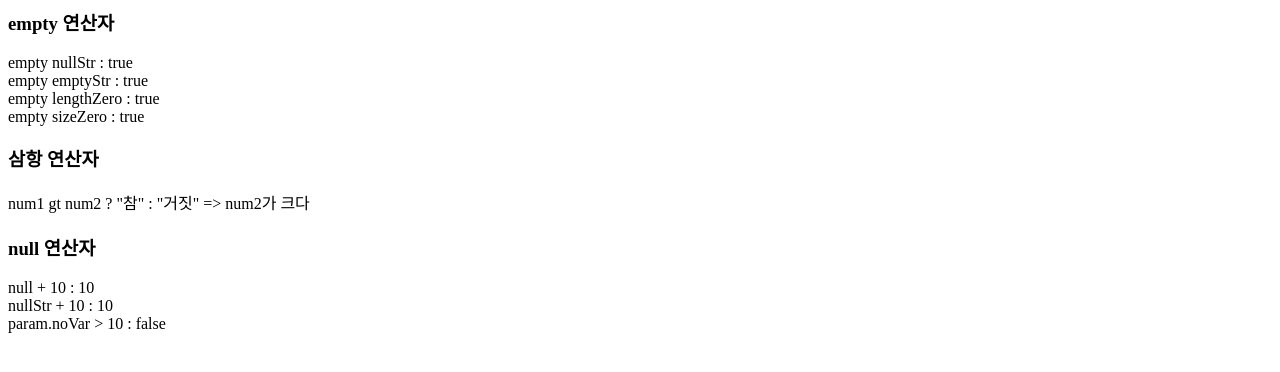
Repository: gunbong0921-cell/15JSP
Page: http://localhost/JSPStudy/03EL/Operator2.jsp
An editor plug-in stored every save of this project. The page is shown before and after the next save, followed by the edit.
The browser window is 1280 px wide. The pictures show the whole page.
The page is served by Tomcat 10.

Above is the page before, as saved 2026-09-21 03:00:17.

After the next save:
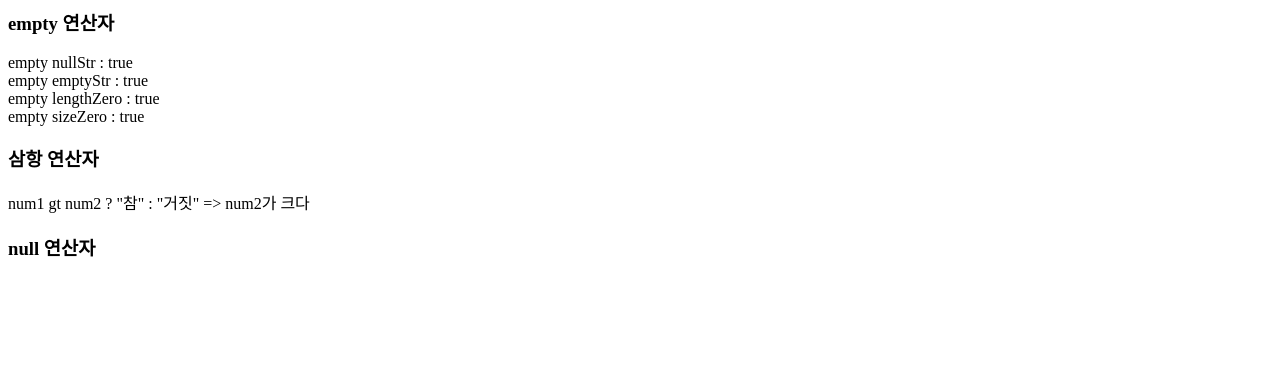
Saved 16 min 44 s later.
--- a/JSPStudy/src/main/webapp/03EL/Operator2.jsp
+++ b/JSPStudy/src/main/webapp/03EL/Operator2.jsp
@@ -26,8 +26,10 @@
 		=> ${ num1 gt num2 ? "num1이 크다" : "num2가 크다" }
 
 	<h3>null 연산자</h3>
-	null + 10 : ${ null + 10 } <br />
+
+<%-- 	null + 10 : ${ null + 10 } <br />
 	nullStr + 10 : ${ nullStr + 10 } <br />
-	param.noVar > 10 : ${ param.noVar > 10 }
+	param.noVar > 10 : ${ param.noVar > 10 }	 --%>
+
 </body>
 </html>

After the save that followed:
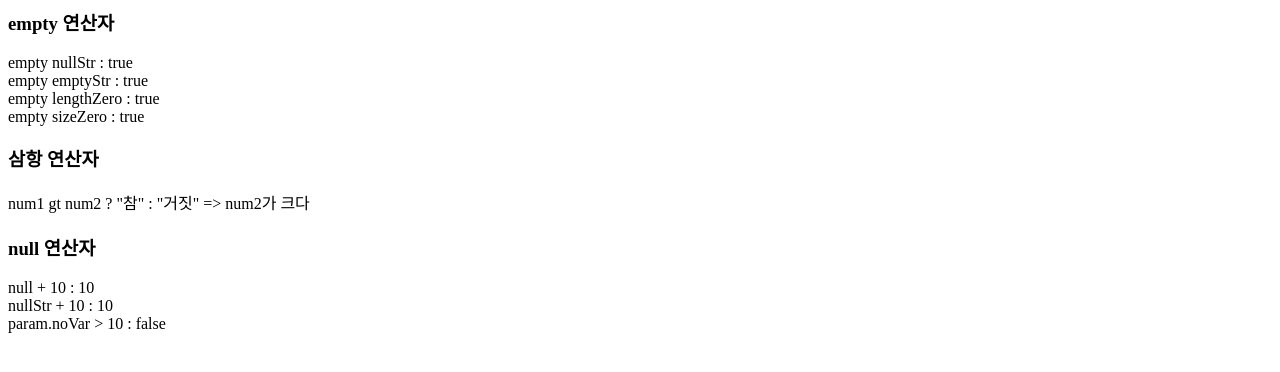
Saved 25 s later.
--- a/JSPStudy/src/main/webapp/03EL/Operator2.jsp
+++ b/JSPStudy/src/main/webapp/03EL/Operator2.jsp
@@ -26,10 +26,8 @@
 		=> ${ num1 gt num2 ? "num1이 크다" : "num2가 크다" }
 
 	<h3>null 연산자</h3>
-
-<%-- 	null + 10 : ${ null + 10 } <br />
+	null + 10 : ${ null + 10 } <br />
 	nullStr + 10 : ${ nullStr + 10 } <br />
-	param.noVar > 10 : ${ param.noVar > 10 }	 --%>
-
+	param.noVar > 10 : ${ param.noVar > 10 }
 </body>
 </html>
